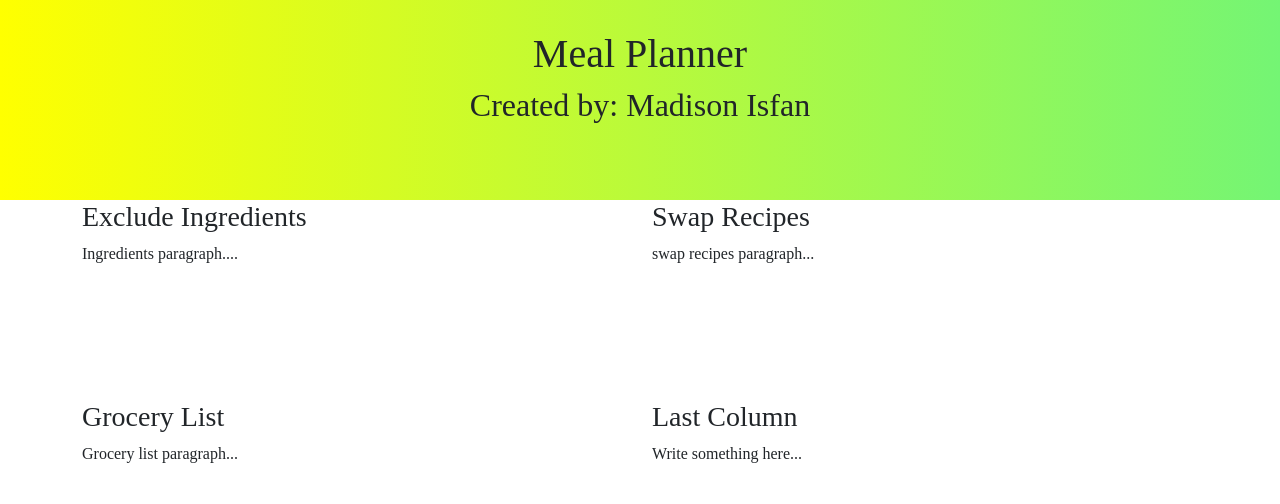
Repository: madisonisfan/Meal-Planner
Page: index.html
The author's editor kept a copy of each file at every save. The page is drawn from the files as they stood at one save, then again after the next save.
The browser window is 1280 px wide. The pictures show the whole page.
Some web fonts or font styles are not loaded; a fallback is used. Some web libraries are served in a nearby version.

Above is the page before, as saved 2021-02-17 16:37:02.

### index.html
<!DOCTYPE html>
<head>

    <meta charset="utf-8"/>
    <meta name="viewport" content="width=device-width, initial-scale=1"/>

    <link rel="stylesheet" href="node_modules/bootstrap/dist/css/bootstrap.min.css" />

    <link rel="stylesheet" href="https://fonts.googleapis.com/css?family=Indie+Flower/Patrick+Hand" />
    <link rel="stylesheet" href="css/styles.css"/>
    <title> Meal Planner </title>
</head>

<body>

    <header class="jumbotron">
        <div class="container">
            <div class="row row-content ">
                <div class="col text-center">
                    <h1>Meal Planner</h1>
                    <h2>Created by: Madison Isfan</h2>
                </div>
            </div>
        </div>

    </header>

    <div class="container  ">
        <div class="row row-content">
            <div class="col-6">
                <h3>Exclude Ingredients</h3>
                <p>Ingredients paragraph....</p>
            </div>
            <div class="col-6">
                <h3>Swap Recipes</h3>
                <p>swap recipes paragraph...</p>
            </div>
        </div>

        <div class="row row-content">
            <div class="col">
                <h3>Grocery List</h3>
                <p>Grocery list paragraph...</p>
            </div>
            <div class="col">
                <h3>Last Column</h3>
                <p>Write something here...</p>
            </div>
        </div>


    </div> <!--End of container-->


    <script src="node_modules/jquery/dist/jquery.slim.min.js"></script>
    <script src="node_modules/popper.js/dist/umd/popper.min.js"></script>
    <script src="node_modules/bootstrap/dist/js/bootstrap.min.js"></script>
</body>


</html>

### css/styles.css
header {
  height: 200px;
}
body {
  font-family: "Patrick Hand";
}

.row-content {
  min-height: 200px;
}

.jumbotron {
  padding: 30px;
  background-image: linear-gradient(to right, yellow, rgb(116, 245, 116));
}

After the next save:
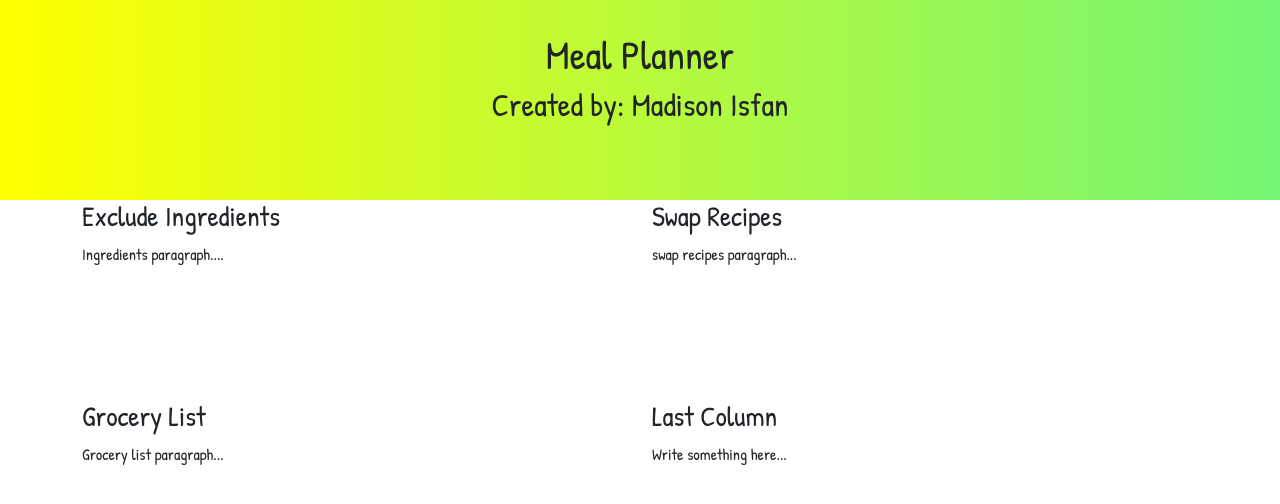
Saved 7 min 40 s later.
--- a/index.html
+++ b/index.html
@@ -6,7 +6,7 @@
 
     <link rel="stylesheet" href="node_modules/bootstrap/dist/css/bootstrap.min.css" />
 
-    <link rel="stylesheet" href="https://fonts.googleapis.com/css?family=Indie+Flower/Patrick+Hand" />
+    <link rel="stylesheet" href="https://fonts.googleapis.com/css?family=Indie+Flower|Patrick+Hand" />
     <link rel="stylesheet" href="css/styles.css"/>
     <title> Meal Planner </title>
 </head>
